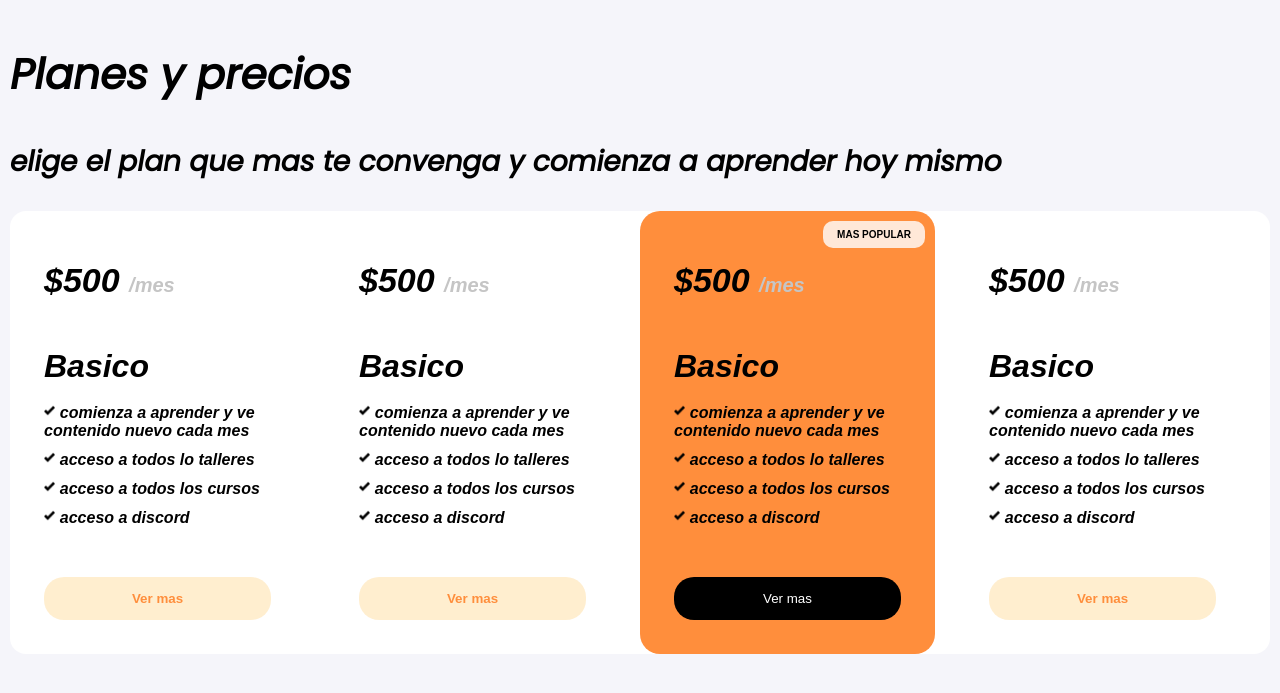
Repository: darkmantiz2/Tarjetas-planes
Page: index.html
The author's editor kept a copy of each file at every save. The page is drawn from the files as they stood at one save, then again after the next save.
The browser window is 1280 px wide. The pictures show the whole page.

Above is the page before, as saved 2022-01-11 11:57:42.

After the next save:
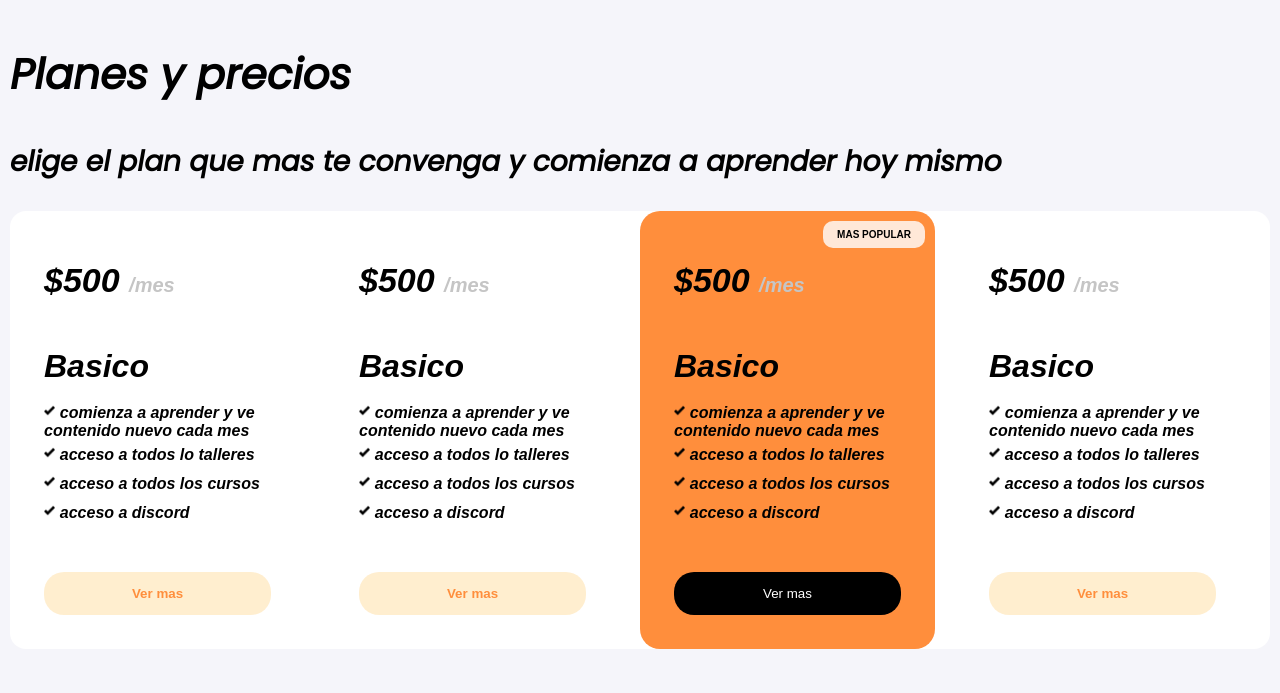
Saved 27 min 47 s later.
--- a/css/index.css
+++ b/css/index.css
@@ -101,7 +101,7 @@ body {
 
 .card-description {
   margin: 0;
-  padding-bottom: 10px;
+  padding-bottom: 5px;
 }
 
 .card-item1 {
